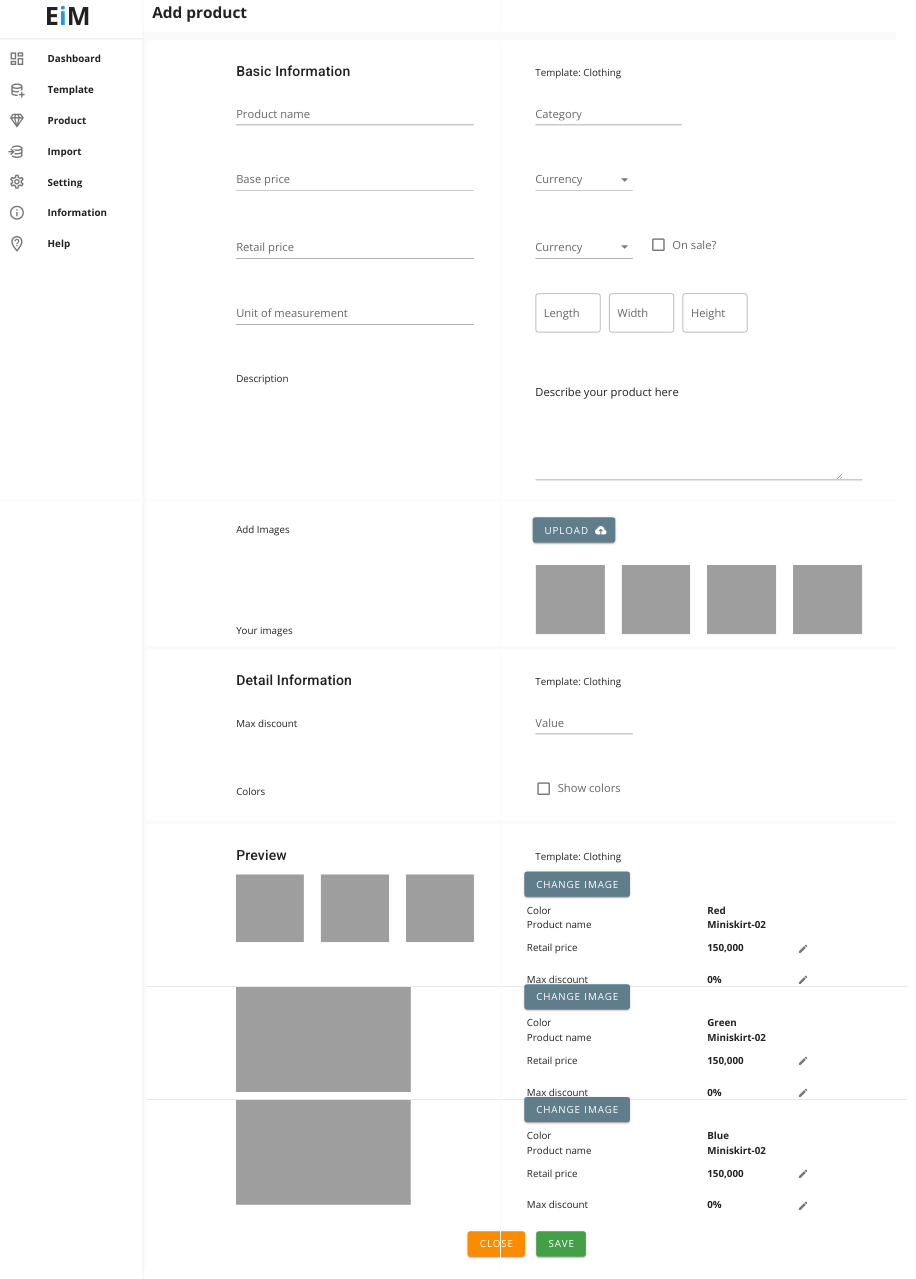
Repository: nguyenphuong152/pim-template
Page: /addproduct
An editor plug-in stored every save of this project. The page is shown before and after a run of saves, followed by the edit.
The browser window is 1280 px wide. The page is 1308 px wide, then 1292 px, so the pictures cover 1308 px, including what lies to the right of the window. The pictures show the whole page, at 70% of full size.
Pictures or frames that could not be fetched are drawn as grey boxes. The project was rebuilt for these pictures with package versions that can differ from the ones it lists, and the page was loaded fresh each time. Also part of the build but not shown: vue.config.js, src/views/Home.vue, src/components/Outcome_1/SearchTemplate.vue, src/components/Outcome_1/YourTemplate.vue, src/components/Outcome_1/ListComponent.vue, src/components/Outcome_1/AddInfo.vue, src/components/Outcome_1/AddDetail.vue, src/components/Outcome_1/CreateRegion.vue and 9 more.

Above is the page before, as saved 2020-12-25 14:19:29.

After the next 2 saves:
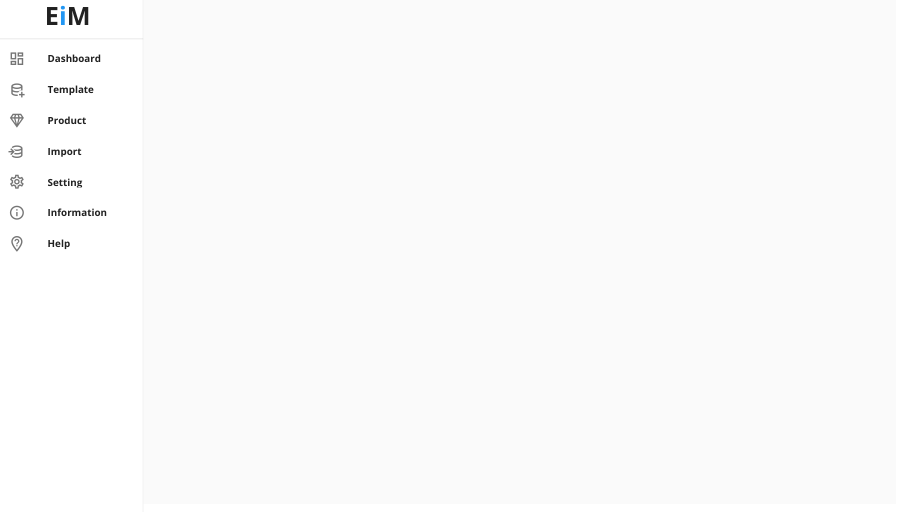
The 2 saves are shown as one change because 1 did not build or start.
The last was saved 10 min 14 s later.
--- a/src/router/index.js
+++ b/src/router/index.js
@@ -26,16 +26,18 @@ const routes = [
     path: "/product",
     name: "Product",
     component: Product,
+    children: [
+      {
+        path: "addproduct",
+        name: "AddProduct",
+        component: AddProduct,
+        meta: {
+          title: "Add Product",
+        },
+      },
+    ],
     meta: {
       title: "Product",
-    },
-  },
-  {
-    path: "/addproduct",
-    name: "AddProduct",
-    component: AddProduct,
-    meta: {
-      title: "Add Product",
     },
   },
   {
